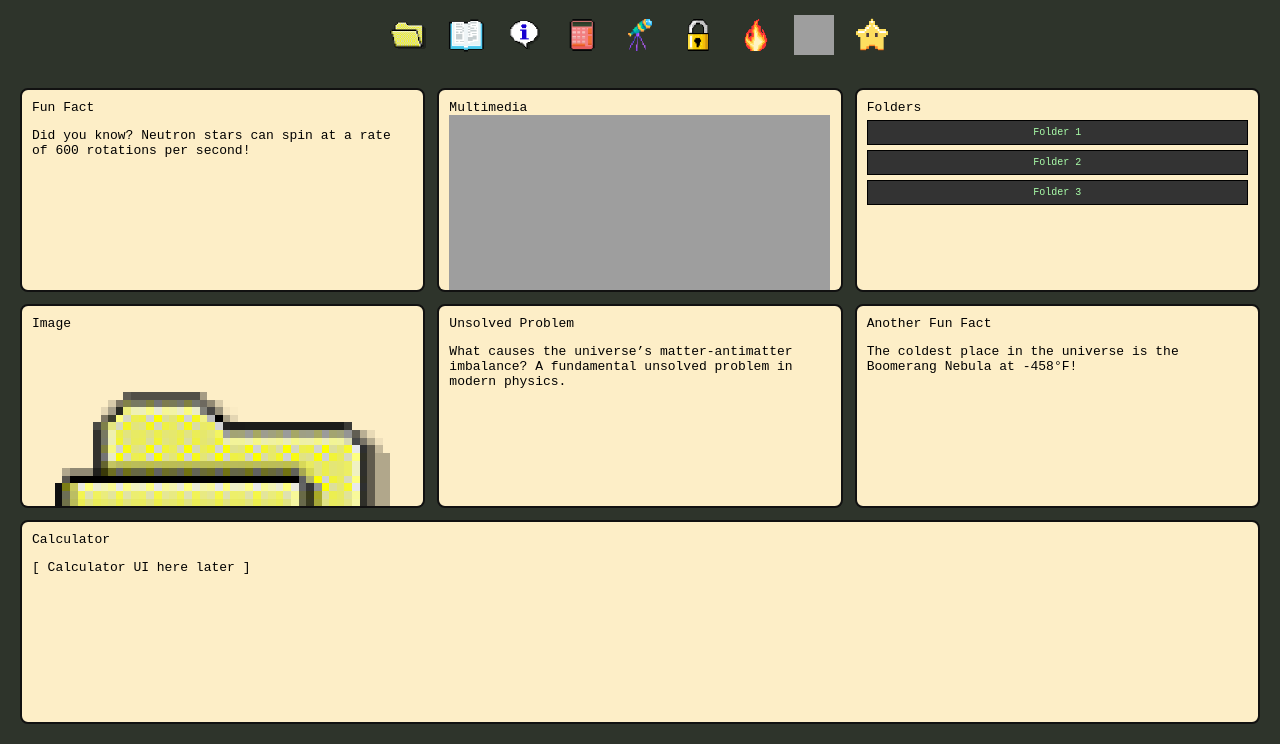
Repository: scarfer14/CCPHYS2L_Project
Page: /dashboard
The author's editor kept a copy of each file at every save. The page is drawn from the files as they stood at one save, then again after a run of saves.
The browser window is 1280 px wide. The pictures show the whole page.
Pictures or frames that could not be fetched are drawn as grey boxes. The project was rebuilt for these pictures with package versions that can differ from the ones it lists, and the page was loaded fresh each time. Also part of the build but not shown: vite.config.js, src/astartsc/start.jsx.

Above is the page before, as saved 2025-05-28 21:59:01.

After the next 2 saves:
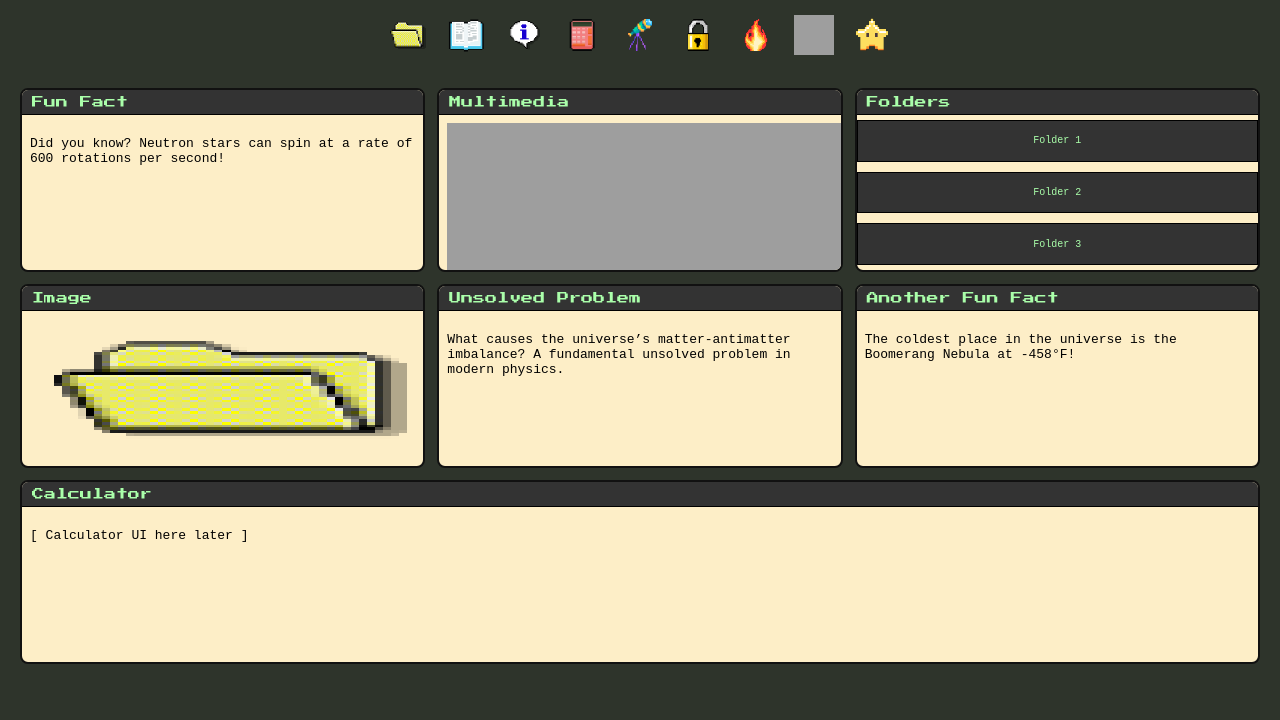
The 2 saves are shown as one change because they came seconds apart.
The last was saved 21 s later.
--- a/src/bdashsc/dashbody.css
+++ b/src/bdashsc/dashbody.css
@@ -12,12 +12,30 @@
   border: 2px solid #111;
   color: #000000;
   font-family: monospace;
-  padding: 10px;
+  padding: 0;
   flex: 1 1 28%;
   min-width: 250px;
   height: 180px;
+  overflow: hidden;
+  border-radius: 8px;
+  display: flex;
+  flex-direction: column;
+}
+
+.tab-header {
+  background-color: #333;
+  color: #aaffaa;
+  padding: 6px 10px;
+  font-size: 12px;
+  border-bottom: 1px solid #000;
+  font-family: 'Press Start 2P', monospace;
+  text-align: left;
+}
+
+.tab > *:not(.tab-header) {
+  flex: 1;
+  padding: 8px;
   overflow: auto;
-  border-radius: 8px;
 }
 
 /* Tab-specific styles */
